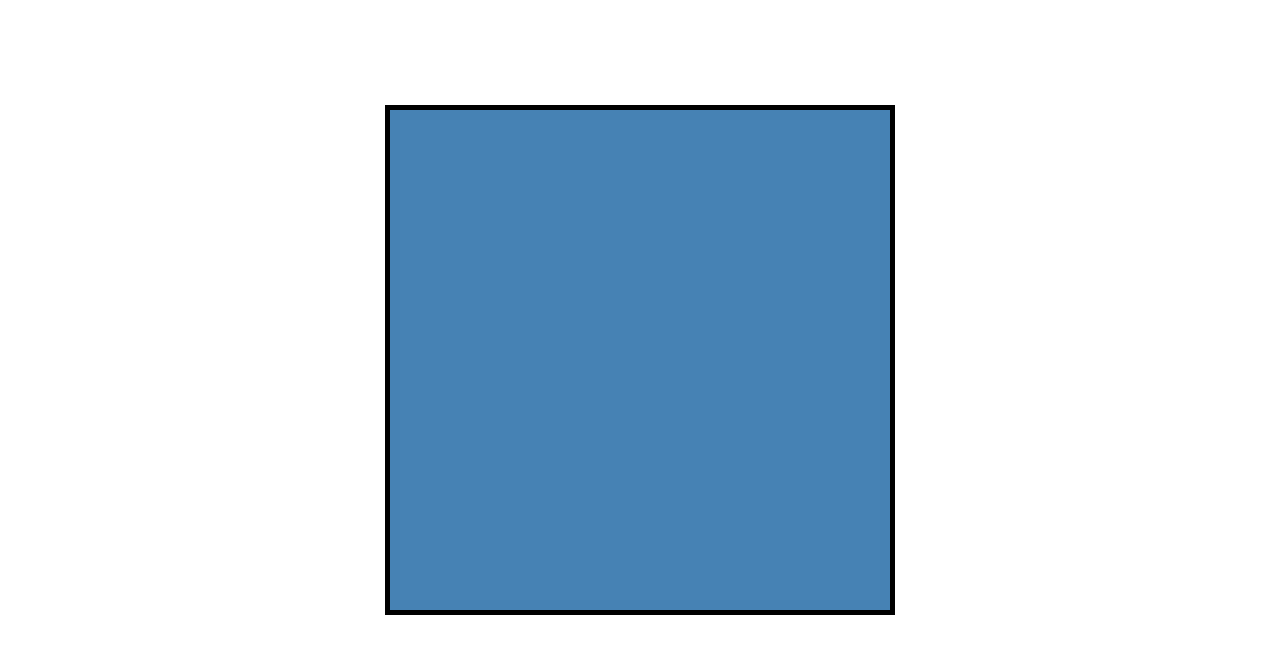
Repository: vasucp1207/seahorse-shooting-game
Page: index.html
The author's editor kept a copy of each file at every save. The page is drawn from the files as they stood at one save, then again after the next save.
The browser window is 1280 px wide. The pictures show the whole page.

Above is the page before, as saved 2022-08-24 18:27:52.
Console error: ReferenceError: timeStamp is not defined

### index.html
<!DOCTYPE html>
<html lang="en">
<head>
    <meta charset="UTF-8">
    <meta http-equiv="X-UA-Compatible" content="IE=edge">
    <meta name="viewport" content="width=device-width, initial-scale=1.0">
    <title>Document</title>
    <link rel="stylesheet" href="style.css">
</head>
<body>
    <canvas id="canvas"></canvas>

    <script src="script.js"></script>
</body>
</html>

### style.css
* {
    margin: 0;
    padding: 0;
    box-sizing: border-box;
}

#canvas{
    border: 5px solid black;
    position: absolute;
    top: 50%;
    left: 50%;
    transform: translate(-50%, -50%);
    background: steelblue;
    max-width: 100%;
    max-height: 100%;
}

### script.js
window.addEventListener('load', function () {
    const canvas = this.document.getElementById('canvas')
    const ctx = canvas.getContext('2d')
    canvas.width = 500
    canvas.height = 500

    class InputHandler {
        constructor(game) {
            this.game = game
            window.addEventListener('keydown', e => {
                if (((e.key === 'ArrowUp')
                    || (e.key === 'ArrowDown'))
                    && (this.game.keys.indexOf(e.key)) === -1) {
                    this.game.keys.push(e.key)
                } else if(e.key === ' '){
                    this.game.player.shootTop()
                }
            })
            window.addEventListener('keyup', e => {
                if (this.game.keys.indexOf(e.key) > -1) {
                    this.game.keys.splice(this.game.keys.indexOf(e.key), 1)
                }
            })
        }
    }

    class Projectile {
        constructor(game, x, y){
            this.game = game
            this.x = x
            this.y = y
            this.width = 10
            this.height = 10
            this.speed = 10
            this.markedForDeletion = false
        }

        update(){
            this.x += this.speed
            if(this.x > this.game.width * 0.9) this.markedForDeletion = true
        }

        draw(context){
            context.fillStyle = 'yellow'
            context.fillRect(this.x, this.y, this.width, this.height)
        }
    }

    class Player {
        constructor(game) {
            this.game = game
            this.width = 120
            this.height = 190
            this.x = 20
            this.y = 100
            this.speedY = 0
            this.maxSpeed = 2
            this.projectile = []
        }

        update() {
            if(this.game.keys.includes('ArrowUp')) this.speedY = -this.maxSpeed
            else if(this.game.keys.includes('ArrowDown')) this.speedY = this.maxSpeed
            else this.speedY = 0
            this.y += this.speedY

            this.projectile.forEach(projectile => {
                projectile.update()
            })
            this.projectile = this.projectile.filter(projectile => !projectile.markedForDeletion)
        }
        draw(context) {
            context.fillStyle = 'black'
            context.fillRect(this.x, this.y, this.width, this.height)
            this.projectile.forEach(projectile => {
                projectile.draw(context)
            })
        }
        shootTop(){
            if(this.game.amo > 0){
                this.projectile.push(new Projectile(this.game, this.x + 80, this.y + 80))
                this.game.amo--
            }
        }
    }

    class Particle {

    }

    class Enemy {

    }

    class Layer {

    }

    class Background {

    }

    class UI {

    }

    class Game {
        constructor(width, height) {
            this.width = width
            this.height = height
            this.player = new Player(this)
            this.input = new InputHandler(this)
            this.keys = []
            this.amo = 20
        }
        update() {
            this.player.update()
        }
        draw(context) {
            this.player.draw(context)
        }
    }

    const game = new Game(canvas.width, canvas.height)
    let lastTime = 0
    function animate() {
        const deltaTime = timeStamp - lastTime
        ctx.clearRect(0, 0, canvas.width, canvas.height)
        game.update()
        game.draw(ctx)
        requestAnimationFrame(animate)
    }
    animate()
})

After the next save:
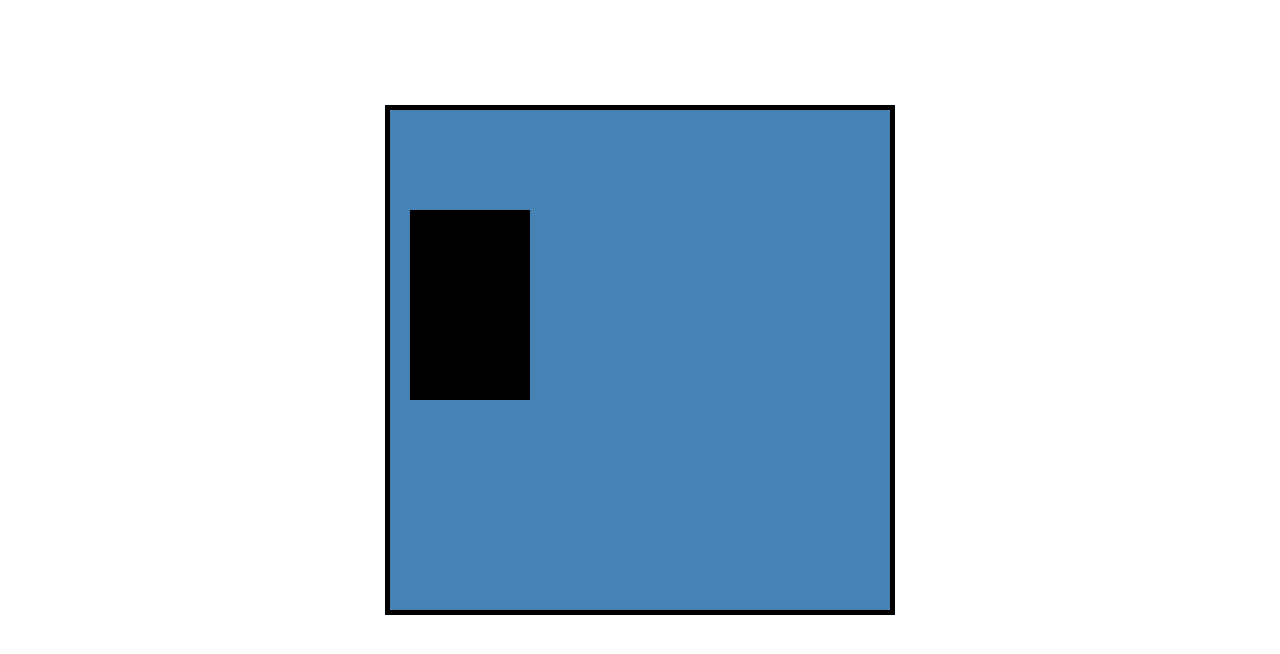
The error is gone.
Saved 19 s later.
--- a/script.js
+++ b/script.js
@@ -123,7 +123,7 @@ window.addEventListener('load', function () {
 
     const game = new Game(canvas.width, canvas.height)
     let lastTime = 0
-    function animate() {
+    function animate(timeStamp) {
         const deltaTime = timeStamp - lastTime
         ctx.clearRect(0, 0, canvas.width, canvas.height)
         game.update()
